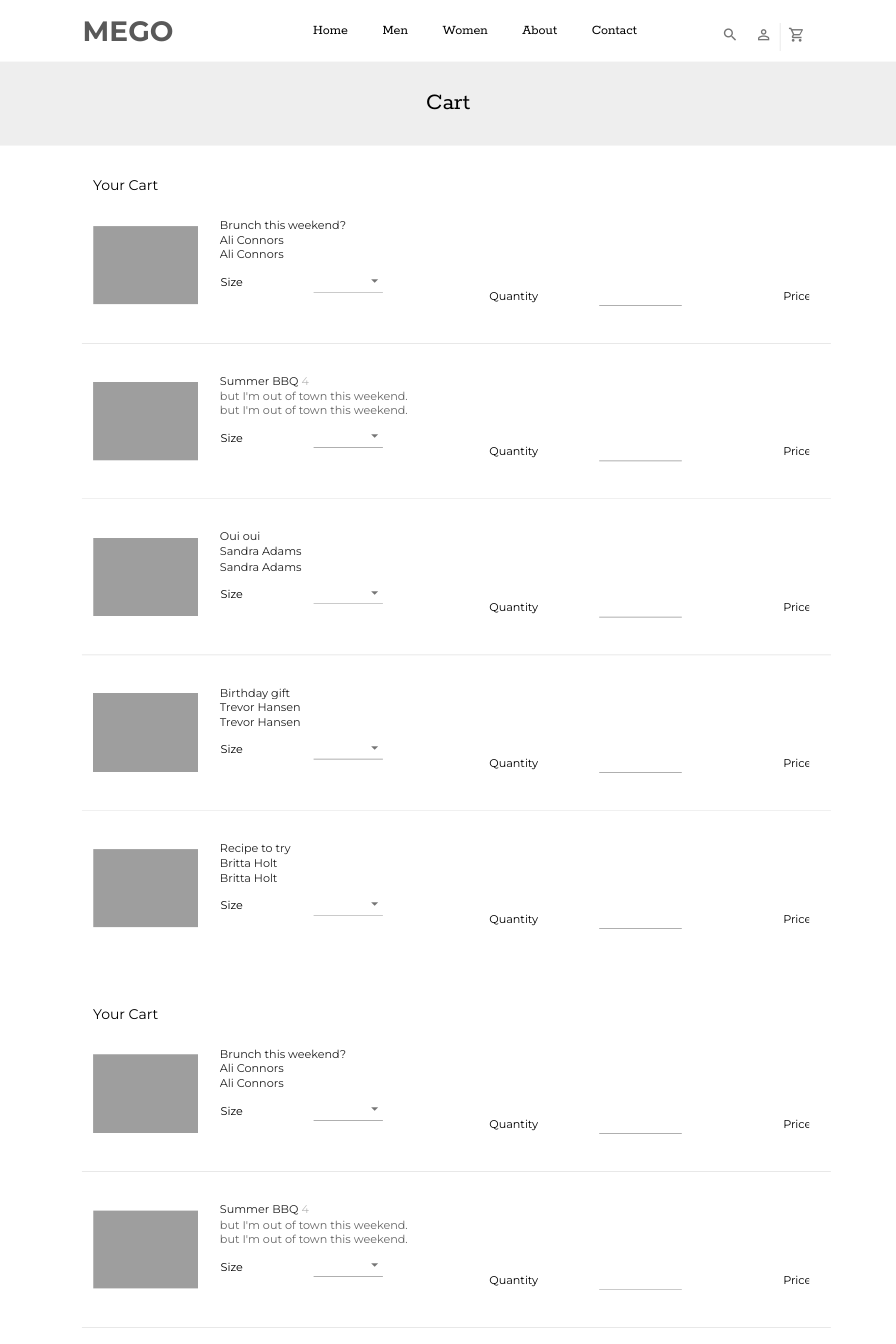
Repository: nguyenphuong152/mego-frontend
Page: /cart (app in frontend/)
These files come from the project's save history. The page is drawn as it stood at one moment and after the next save; the edit follows.
The browser window is 1280 px wide. The pictures show the part of the page from y = 0 to 1920 px (the page is 2684 px tall before and 2444 px after), at 70% of full size.
Pictures or frames that could not be fetched are drawn as grey boxes. The project was rebuilt for these pictures with package versions that can differ from the ones it lists, and the page was loaded fresh each time. Also part of the build but not shown: frontend/vue.config.js, frontend/src/components/Customer/Collection.vue, frontend/src/components/Customer/Banner.vue, frontend/src/components/Customer/BestSeller.vue, frontend/src/components/Customer/Partner.vue, frontend/src/views/Customer/Home.vue, frontend/src/components/Customer/ProductCategory.vue, frontend/src/components/Customer/ProductView.vue and 10 more. Imported but missing from the stored project, and not drawn on this page: frontend/src/views/Admin/Category.vue, frontend/src/views/Admin/ManageProduct.vue, frontend/src/views/Admin/ManageUser.vue, frontend/src/views/Admin/OrderList.vue.

Above is the page before, as saved 2020-11-26 16:43:03.

### frontend/public/index.html
<!DOCTYPE html>
<html lang="en">
  <head>
    <meta charset="utf-8">
    <head>
      <title>MEGO</title>
    </head>
    <meta http-equiv="X-UA-Compatible" content="IE=edge">
    <meta name="viewport" content="width=device-width,initial-scale=1.0">
    <link rel="icon" href="<%= BASE_URL %>favicon.ico">
    <title><%= htmlWebpackPlugin.options.title %></title>
    <link href="https://fonts.googleapis.com/css?family=Montserrat:300,400,500,600,700" rel="stylesheet">
    <link href="https://fonts.googleapis.com/css?family=Rokkitt:100,300,400,700" rel="stylesheet">
    <link rel="stylesheet" href="https://fonts.googleapis.com/css?family=Roboto:100,300,400,500,700,900">
    <link rel="stylesheet" href="https://cdn.jsdelivr.net/npm/@mdi/font@latest/css/materialdesignicons.min.css">
  </head>
  <body>
    <noscript>
      <strong>We're sorry but <%= htmlWebpackPlugin.options.title %> doesn't work properly without JavaScript enabled. Please enable it to continue.</strong>
    </noscript>
    <div id="app"></div>
    <!-- built files will be auto injected -->
  </body>
</html>

### frontend/src/main.js
import Vue from 'vue'
import App from './App.vue'
import vuetify from './plugins/vuetify';
import router from './router'
import '../sass/style.scss'
import 'bootstrap/dist/css/bootstrap.css'
import 'bootstrap-vue/dist/bootstrap-vue.css'
import { BootstrapVue, IconsPlugin } from 'bootstrap-vue'

Vue.use(BootstrapVue)
// Optionally install the BootstrapVue icon components plugin
Vue.use(IconsPlugin)
Vue.config.productionTip = false

new Vue({
  vuetify,
  router,
  render: h => h(App)
}).$mount('#app')

### frontend/src/App.vue
<template>
  <v-app app>
    <v-container v-if="!['Admin', 'Banner', 'Category','Product','ManageUser','OrderList','Dashboard'].includes($route.name)">
      <Toolbar />
    </v-container>
    <v-main>
      <router-view></router-view>
    </v-main>
      <Footer v-if="!['Admin', 'Banner', 'Category','Product','ManageUser','OrderList','Dashboard'].includes($route.name)"/>
  </v-app>

</template>

<script>

import Footer from "./components/Customer/Footer";
import Toolbar from "./components/Customer/Toolbar";

export default {
  name: "App",

  components: {
    Toolbar,
    Footer
  },

  data: () => ({
    //
  }),
};
</script>

### frontend/src/plugins/vuetify.js
import Vue from 'vue';
import Vuetify from 'vuetify/lib';


Vue.use(Vuetify);

const vuetify = new Vuetify({
    theme: {
      themes: {
        light: {
          primary: '#000',
          secondary: '#b0bec5',
          accent: '#8c9eff',
          error: '#b71c1c',
        },
      },
    },
  })

export default new Vuetify({
    vuetify,
});

### frontend/src/router/index.js
import Vue from "vue";
import VueRouter from "vue-router";
import Home from "../views/Customer/Home.vue";
import Men from "../views/Customer/Men.vue";
import Women from "../views/Customer/Women.vue";
import Admin from "../views/Admin/Admin.vue";
import Product from "../views/Admin/ManageProduct.vue";
import Banner from "../views/Admin/Banner.vue";
import Category from "../views/Admin/Category.vue";
import ManageUser from "../views/Admin/ManageUser.vue";
import OrderList from "../views/Admin/OrderList.vue";
import Dashboard from "../views/Admin/Dashboard.vue"
//import ProductDetail from "../views/ProductDetail.vue"

Vue.use(VueRouter);

const routes = [
  {
    path: "/",
    name: "Home",
    component: Home,
  },
  {
    path: "/men",
    name: "Men",
    component: Men,
  },
  {
    path: "/women",
    name: "Women",
    component: Women,
  },
  {
    path: "/about",
    name: "About",
    // route level code-splitting
    // this generates a separate chunk (about.[hash].js) for this route
    // which is lazy-loaded when the route is visited.
    component: () =>
      import(/* webpackChunkName: "about" */ "../views/Customer/About.vue"),
  },
  {
    path: "/contact",
    name: "Contact",
    component: () =>
      import(/* webpackChunkName: "about" */ "../views/Customer/Contact.vue"),
  },
  {
    path: "/cart",
    name: "Cart",
    component: () =>
      import(/* webpackChunkName: "about" */ "../views/Customer/Cart.vue"),
  },
  {
    path: "/account",
    name: "Account",
    component: () =>
      import(/* webpackChunkName: "about" */ "../views/Customer/Account.vue"),
  },
  {
    path: "/userlogin",
    name: "UserLogin",
    component: () =>
      import(/* webpackChunkName: "about" */ "../views/Customer/UserLogin.vue"),
  },
  {
    path: "/checkout",
    name: "Checkout",
    component: () =>
      import(/* webpackChunkName: "about" */ "../views/Customer/Checkout.vue"),
  },
  {
    path: "/product/:id",
    name: "ProductDetail",
    component: () =>
      import(/* webpackChunkName: "about" */ "../views/Customer/ProductDetail.vue"),
  },
  {
    path: "/admin",
    name: "Admin",
    component: Admin,
    children: [
      {
        path: "/banner",
        name: "Banner",
        component: Banner,
      },
      {
        path: "/category",
        name: "Category",
        component: Category,
      },
      {
        path: "/product",
        name: "Product",
        component: Product,
      },
      {
        path: "/manageuser",
        name: "ManageUser",
        component: ManageUser,
      },
      {
        path: "/orderlist",
        name: "OrderList",
        component: OrderList,
      },
      {
        path: "/dashboard",
        name: "Dashboard",
        component: Dashboard,
      },
    ],
  },
];

const router = new VueRouter({
  mode: "history",
  base: process.env.BASE_URL,
  routes,
});

export default router;

### frontend/sass/style.scss

$font-primary: 'Montserrat',
Arial,
sans-serif;
$font-secondary: 'Rokkitt',
Georgia,
serif;


@import '~vuetify/src/styles/styles.sass';

// Overrides
$grid-gutter-width: 20px !default;
$border-radius-base: 4px !default;
$padding-base-vertical: 14px !default;

$brand-primary: #616161 !default;
$brand-secondary: #88c8bc !default;
$brand-yellow: #FFDD00 !default;
$brand-footer-color: #2C2E3E;

$brand-white: #fff;
$brand-black: #000;
$brand-darker: #444;
$brand-gray: #ccc;
$brand-lighter: #e9e9e9;
$brand-body-color: #e8e8e8;
$brand-selection-color: #f9f6f0;
$brand-overlay-color: #4c4a8a;
$brand-bg-color: $brand-white;

.v-btn {
  text-transform:none !important;
}
// .v-text-field{
//   width: 50px;
//   height: 10px;
// }

#app {
  -webkit-font-smoothing: antialiased;
  -moz-osx-font-smoothing: grayscale;

  text-align: center;
  .container {
    max-width: 1100px;
  }
  font: 300
}

.nav {
  padding-left: 0px;
  a {
    font-size: 20px;
    color: lighten($brand-black,35%);
    font-family: $font-secondary;
    text-decoration: none;
    font-weight: 500;
    &.router-link-exact-active {
      color: #42b983;
    }

  }
}

#logo {
  font-size: 40px;
  font-weight: 700;
  font-family: $font-primary;
  color: lighten($brand-black, 35%);
}


.slogan {
  font-size: 50px;
  color: #2c3e50;
  font-family: $font-secondary;
  text-decoration: none;
}

.title-collection{
  @extend .slogan;
  font-size: 25px;
}


.slogan-3 {
  @extend .slogan;
  font-size: 35px;
}

.title-shoes {
  @extend .slogan;
  font-size: 20px;
}


.footer-text {
  font-family:$font-primary;
  font-size: 16px;
}

.admin {
  font-family: $font-primary;
  font-size:16px;
}

.admin-nav {
  font-family: $font-primary !important;
  font-size: 20px !important;
  color: white !important;
}

### frontend/src/components/Customer/Footer.vue
<template>
  <v-footer class="white" padless>
    <v-row justify="center" no-gutters>
      <v-btn
        v-for="link in links"
        :key="link"
        color="black"
        text
        rounded
        class="my-2 footer-text"
      >
        {{ link }}
      </v-btn>
      <v-col class="white py-4 text-center fluid footer-text" cols="12">
        {{ new Date().getFullYear() }} — <strong>Made with love</strong>
      </v-col>
    </v-row>
  </v-footer>
</template>

<script>
export default {
  data: () => ({
    links: ["Home", "About Us", "Team", "Services", "Blog", "Contact Us"],
  }),
};
</script>

<style></style>

### frontend/src/components/Customer/Toolbar.vue
<template>
  <v-toolbar flat>
    <v-row class="d-flex align-baseline">
      <v-col cols="3" class="d-flex justify-lg-start">
        <v-toolbar-title id="logo">MEGO</v-toolbar-title>
      </v-col>
      <v-col class="d-flex justify-space-around text-start nav">
        <router-link to="/">Home</router-link>
        <router-link to="/men">Men</router-link>
        <router-link to="/women">Women</router-link>
        <router-link to="/about">About</router-link>
        <router-link to="/contact">Contact</router-link>
      </v-col>
      <v-col cols="2" class="d-flex justify-end">
        <v-btn icon>
          <v-icon>mdi-magnify</v-icon>
        </v-btn>
        <v-menu
          open-on-hover
          top
          offset-y
          :position-x="960"
          :position-y="230"
          absolute
        >
          <template v-slot:activator="{ on, attrs }">
            <v-btn icon v-bind="attrs" v-on="on">
              <v-icon>mdi-account-outline</v-icon>
            </v-btn>
          </template>

          <v-list class="text-start nav">
            <v-list-item v-for="(item, index) in routes" :key="index" :to="item.path">
              <v-list-item-title>{{ item.name }}</v-list-item-title>
            </v-list-item>
          </v-list>
        </v-menu>
        <v-divider vertical inset></v-divider>
        <v-btn icon @click="goToCart">
          <v-icon>mdi-cart-outline</v-icon>
        </v-btn>
      </v-col>
    </v-row>
  </v-toolbar>
</template>

<script>
export default {
  data: () => ({
    routes: [
      {
        path:"/checkout",
        name:"Check Out"
       },
       {
        path:"/account",
        name:"My Account"
       },
       {
        path:"/userlogin",
        name:"User Login"
       },

    ],
  }),
  methods: {
     goToCart: function() {
     this.$router.push({name: 'Cart'})
     }
  }
};
</script>

<style></style>

### frontend/src/views/Customer/Cart.vue
<template>
  <div class="cart app">
   <v-sheet color="grey lighten-3" height="120">
      <v-container py-8>
        <a class="slogan-3">Cart</a>
      </v-container>
    </v-sheet>
     <div>
       <v-container>
 <v-row>
         <v-col>
<totalProducts/>
         </v-col>
   <v-col>
<totalProducts/>
         </v-col>
       </v-row>
       </v-container>

  </div>
  </div>
</template>

<script>

import totalProducts from '../../components/Customer/TotalProducts'


export default {
  components: {totalProducts},
   data () {

   }
}
</script>

### frontend/src/components/Customer/TotalProducts.vue
<template>
  <v-container class="app">
    <v-list three-line>
      <template v-for="(item, index) in items">
        <v-subheader
          class="admin-nav black--text"
          v-if="item.header"
          :key="item.header"
          v-text="item.header"
        ></v-subheader>

        <v-divider v-else-if="item.divider" :key="index"></v-divider>

        <v-list-item v-else :key="item.title">
          <v-img :src="item.avatar" max-height="150" max-width="150"></v-img>
          <v-container>
            <v-list-item-content class="text-start ml-4">
              <v-list-item-title
                v-html="item.title"
                class="admin"
              ></v-list-item-title>
              <v-list-item-subtitle
                class="admin"
                v-html="item.subtitle"
              ></v-list-item-subtitle>
              <v-list-item-subtitle
                class="admin"
                v-html="item.subtitle"
              ></v-list-item-subtitle>
              <v-row class="pl-4 d-flex align-center">
                <v-col class="pa-0 admin" cols="4">
                  <a>Size</a>
                </v-col>
                <v-col class="pa-0 admin text-start " cols="3">
                  <v-select :items="size"></v-select>
                </v-col>
              </v-row>
              <v-row class="pl-4 d-flex align-center">
                <v-col class="pa-0 admin " cols="4">
                  <a>Quantity</a>
                </v-col>
                <v-col class="pa-0 admin" cols="3">
                  <v-text-field single-line></v-text-field>
                </v-col>
                <v-col class="text-end admin">
                  <a> Price</a>
                </v-col>
              </v-row>
            </v-list-item-content>
          </v-container>
        </v-list-item>
      </template>
    </v-list>
  </v-container>
</template>

<script>
export default {
  data: () => ({
    items: [
      { header: "Your Cart" },
      {
        avatar: "https://cdn.vuetifyjs.com/images/lists/1.jpg",
        title: "Brunch this weekend?",
        subtitle: `<span class="text--primary">Ali Connors</span>`,
      },
      { divider: true, inset: true },
      {
        avatar: "https://cdn.vuetifyjs.com/images/lists/2.jpg",
        title: 'Summer BBQ <span class="grey--text text--lighten-1">4</span>',
        subtitle: `but I'm out of town this weekend.`,
      },
      { divider: true, inset: true },
      {
        avatar: "https://cdn.vuetifyjs.com/images/lists/3.jpg",
        title: "Oui oui",
        subtitle: '<span class="text--primary">Sandra Adams</span> ',
      },
      { divider: true, inset: true },
      {
        avatar: "https://cdn.vuetifyjs.com/images/lists/4.jpg",
        title: "Birthday gift",
        subtitle: '<span class="text--primary">Trevor Hansen</span> ',
      },
      { divider: true, inset: true },
      {
        avatar: "https://cdn.vuetifyjs.com/images/lists/5.jpg",
        title: "Recipe to try",
        subtitle: '<span class="text--primary">Britta Holt</span>',
      },
    ],
    size: ["Foo", "Bar", "Fizz", "Buzz"],
  }),
};
</script>

<style></style>

After the next save:
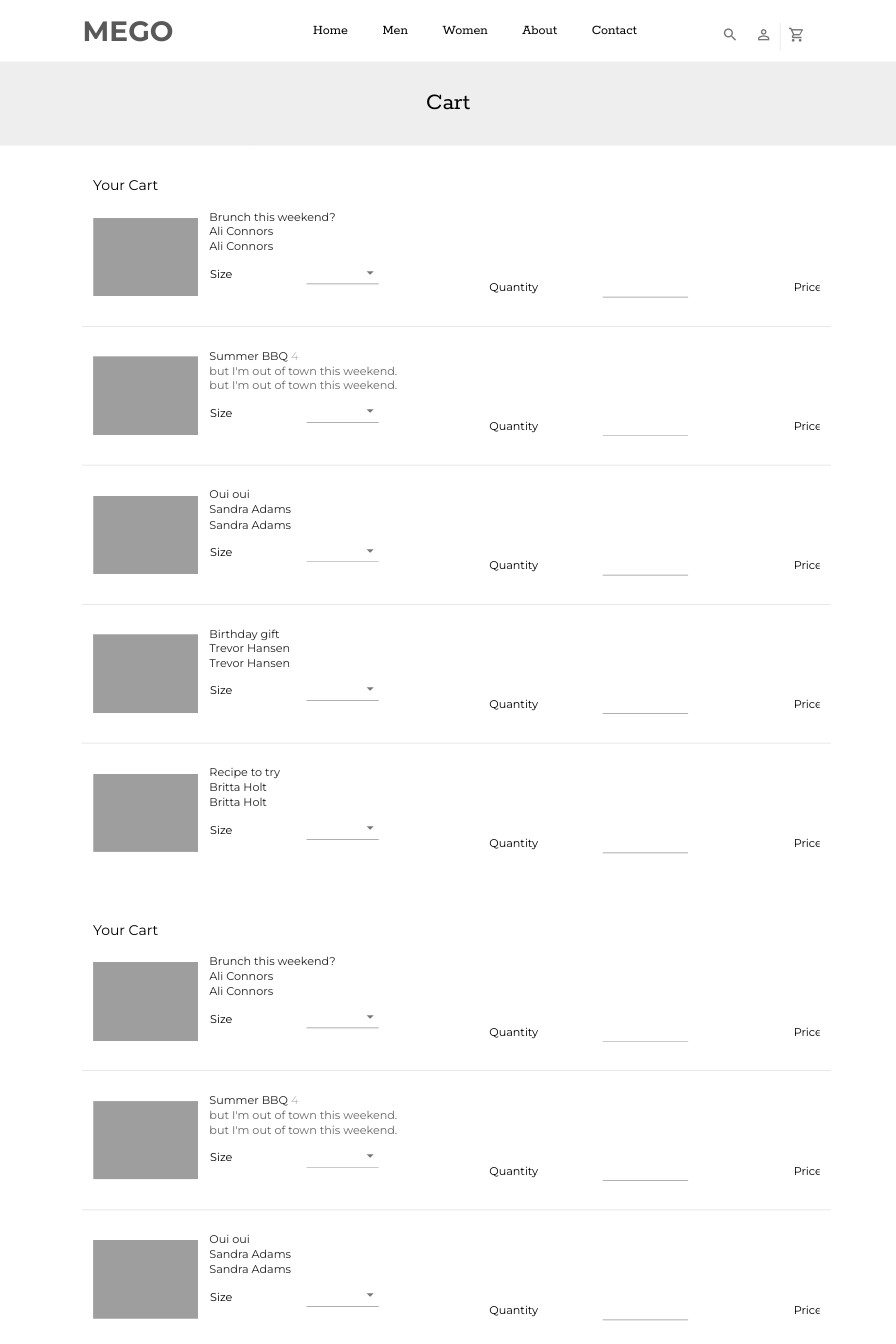
Saved 25 s later.
--- a/frontend/src/components/Customer/TotalProducts.vue
+++ b/frontend/src/components/Customer/TotalProducts.vue
@@ -13,7 +13,7 @@
 
         <v-list-item v-else :key="item.title">
           <v-img :src="item.avatar" max-height="150" max-width="150"></v-img>
-          <v-container>
+          <v-container class="pa-0">
             <v-list-item-content class="text-start ml-4">
               <v-list-item-title
                 v-html="item.title"
